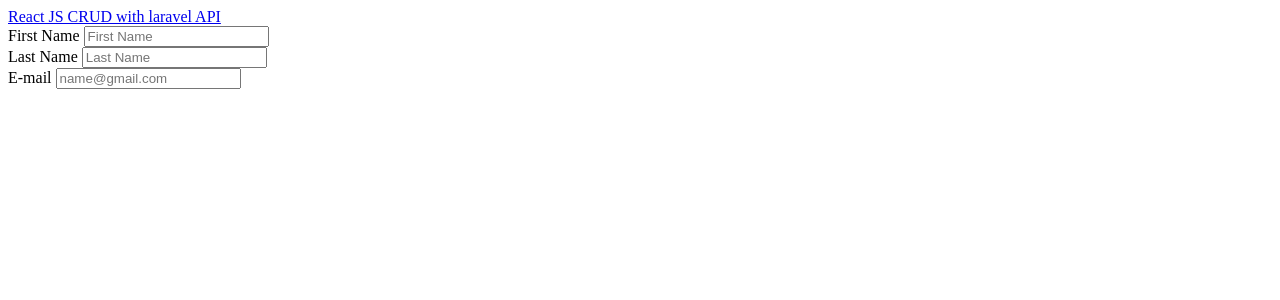
Repository: balkisys/react-js-crud
Page: /
These files come from the project's save history. The page is drawn as it stood at one moment and after the next save; the edit follows.
The browser window is 1280 px wide. The pictures show the whole page.
The project was rebuilt for these pictures with package versions that can differ from the ones it lists, and the page was loaded fresh each time.

Above is the page before, as saved 2020-05-18 10:04:54.

After the next save:
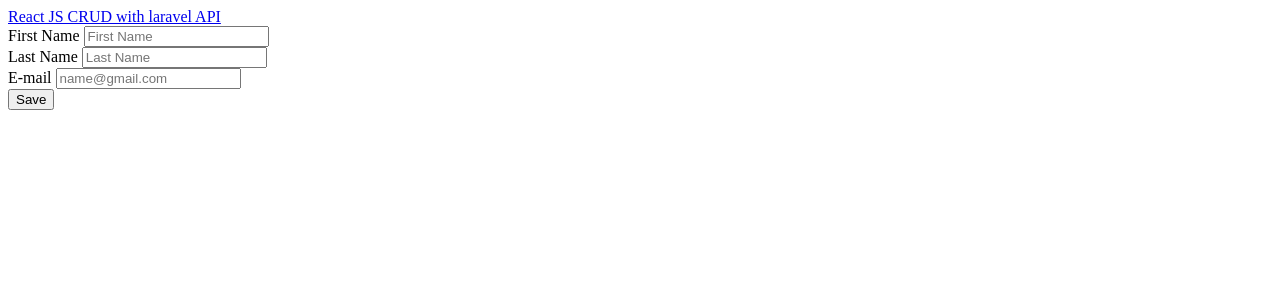
Saved 113 s later.
--- a/src/components/MyForm.js
+++ b/src/components/MyForm.js
@@ -21,6 +21,10 @@ class MyForm extends Component {
            <input type="email" name="email" placeholder="name@gmail.com" />
            </div>
 
+           <div className="four wide field">
+           <button  className="ui primary button submit-button"> Save</button>
+           </div>
+
        </div>
       </from>
        );
